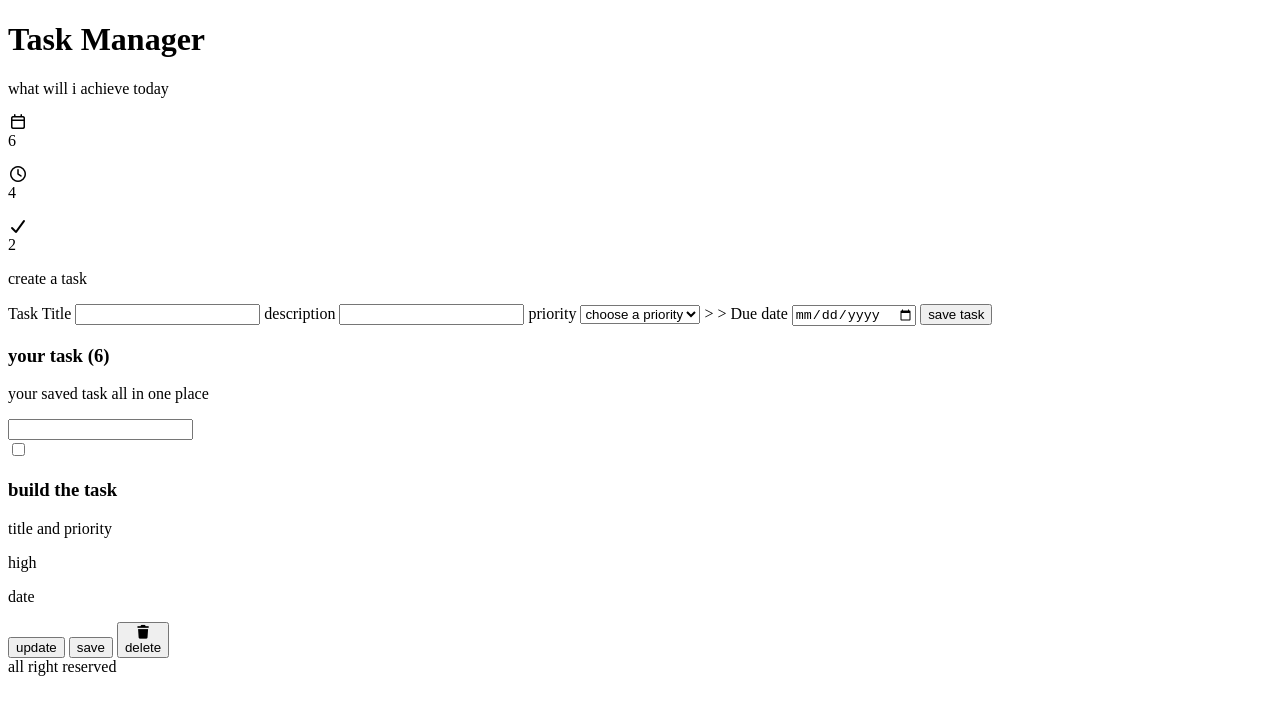
Repository: XDENTERTAINMENT/task-manager-groupwork
Page: index.html
These files come from the project's save history. The page is drawn as it stood at one moment and after a run of saves; the edit follows.
The browser window is 1280 px wide. The pictures show the whole page.

Above is the page before, as saved 2026-10-23 21:31:44.

### index.html
<!DOCTYPE html>
<html lang="en">
<head>
    <meta charset="UTF-8">
    <meta name="viewport" content="width=device-width, initial-scale=1.0">
    <title>Personal-Task-Manager</title>
    <link rel="stylesheet" href="https://cdnjs.cloudflare.com/ajax/libs/font-awesome/7.3.1/css/all.min.css" integrity="sha512-QeR2VH+lsBE5LSAe1Q5EnTBbe7XTBubt8dG93Y7gidSgdMCr8nVqKcfKAMyN96SV8KDbZVTDXChatu5G2KQGzg==" crossorigin="anonymous" referrerpolicy="no-referrer">
</head>
<body>

   <header>
    <h1>Task Manager</h1>
    <p>what will i achieve today</p>
   </header>
    <!-- the main -->
   <main>
    <section class="section1">
        <div>
        <p id="total-task"> <div><i class="fa-regular fa-calendar"></i></div>6</p>
        </div>

        <div>
        <p id="pending-task"> <div> <i class="fa-regular fa-clock"></i></div>4</p>
        </div>

        <div>
        <p  id="completed-task"> <div><i class="fa-solid fa-check"></i></div>2</p>
        </div>
    </section>



    <!-- section 2 -->
    <section  class="section2">

        <!-- the create task section -->
      <div class="create-task">
          <div> <p>create a task</p></div>
       <form action="submit">

           <label for="title">
             Task Title
            <input type="text"  id="title-input">
           </label>


           <label for="description">
                   description
            <input type="text"  id="description-input">
           </label>

           <label for="priority">

            priority
             <select name="" id="">
                <option value="">choose a priority</option>
                <option value=""> High</option>
                <option value=""> Medium</option>
                <option value="">  low</option>
             </select>  >
            >
           </label>

           <label for="date">
            Due date
            <input type="date">
           </label>

     <button class="form-button"> save task</button>
       </form>
    <div>




      <!-- task mapping -->

        <div class="task-mapping">
              <h3> your task (6)</h3>
        <p> your saved task all in one place</p>
        <input type="search">


        <!-- the card -->
         <div class="card">
            <input type="checkbox">
            <div>

                <h3> build the task</h3>
                <p>title and priority</p>
                <p id="priority"> high</p></div>
                <p> date</p>


         </div>
<!-- the inline editing -->
         <div>
            <button>update</button>
            <button  class="save"> save</button>
            <button class="delete"> <div><i class="fa-solid fa-trash"></i></div>delete</button>

         </div>

        </div>



</div>

    </section>
   </main>

   <!-- the footer -->
   <footer>
    all right reserved
   </footer>
</body>
</html>

After the next 3 saves:
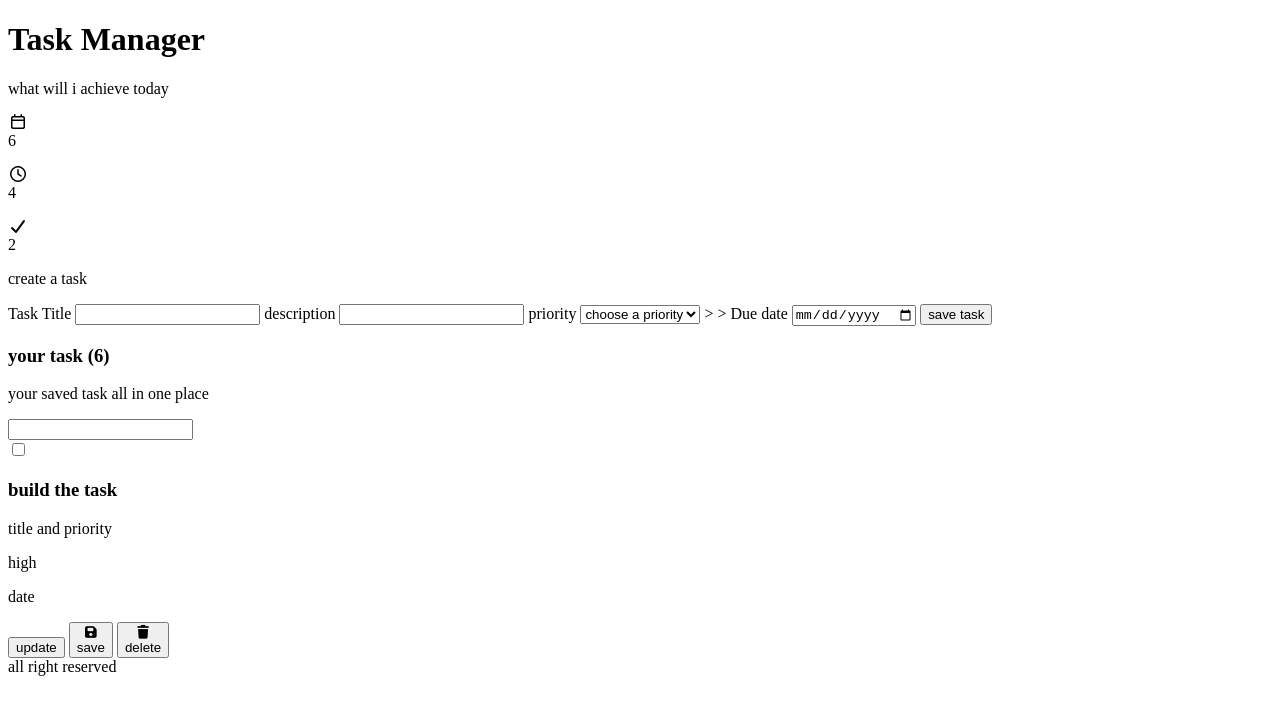
The 3 saves are shown as one change because they came seconds apart.
The last was saved 38 s later.
--- a/index.html
+++ b/index.html
@@ -96,7 +96,7 @@
 <!-- the inline editing -->
          <div>
             <button>update</button>
-            <button  class="save"> save</button>
+            <button  class="save"> <div><i class="fa-solid fa-floppy-disk"></i></div>save</button>
             <button class="delete"> <div><i class="fa-solid fa-trash"></i></div>delete</button>
 
          </div>
